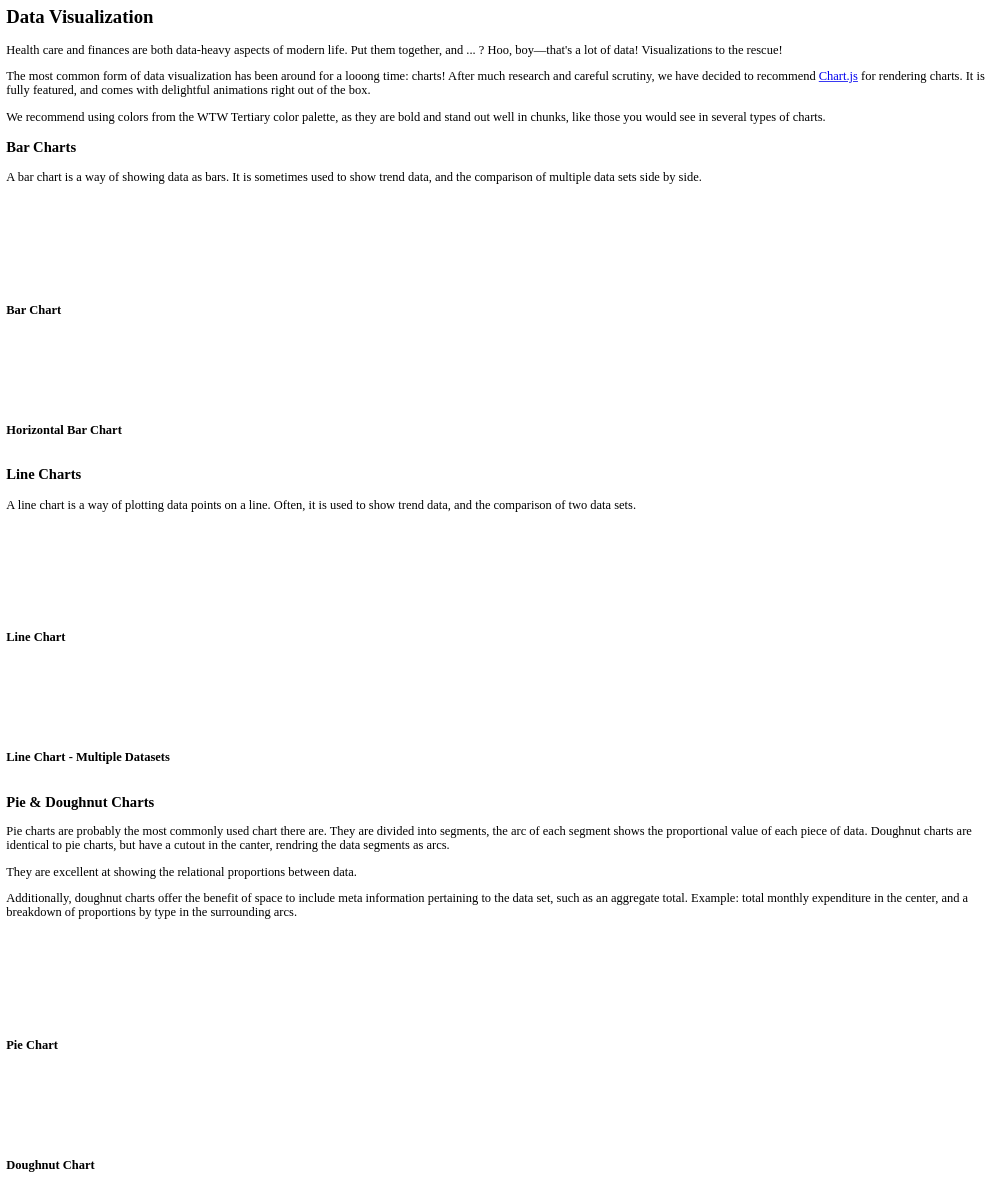
Repository: WTW-IM/bda-ui-toolkit
Page: docs/_includes/media/data-viz.html
The author's editor kept a record of every edit. The page is drawn from the files as they stood at one moment, then again after the next edit.
The browser window is 1280 px wide. The pictures show the whole page, at 78% of full size.

Above is the page before.

### docs/_includes/media/data-viz.html
<div class="bs-docs-section">
  <h2 id="data-viz" class="page-header">Data Visualization</h2>
  <p class="lead">Health care and finances are both data-heavy aspects of modern life. Put them together, and ... ? Hoo, boy&mdash;that's a lot of data! Visualizations to the rescue!</p>
  <p>The most common form of data visualization has been around for a looong time: charts! After much research and careful scrutiny, we have decided to recommend <a href="http://www.chartjs.org/" target="_blank">Chart.js</a> for rendering charts. It is fully featured, and comes with delightful animations right out of the box.</p>
  <p>We recommend using colors from the WTW Tertiary color palette, as they are bold and stand out well in chunks, like those you would see in several types of charts.</p>

  <h3>Bar Charts</h3>
  <p>A bar chart is a way of showing data as bars. It is sometimes used to show trend data, and the comparison of multiple data sets side by side.</p>

  <div class="bs-examples" data-example-id="data-viz-ex-bar">
    <div class="ex-column">
      <strong>Bar Chart</strong>
      <canvas id="chart-ex-bar"></canvas>
    </div>
    <div class="ex-column">
      <strong>Horizontal Bar Chart</strong>
      <canvas id="chart-ex-bar-horiz"></canvas>
    </div>
    <br clear="both">
  </div>

  <h3>Line Charts</h3>
  <p>A line chart is a way of plotting data points on a line. Often, it is used to show trend data, and the comparison of two data sets.</p>

  <div class="bs-examples" data-example-id="data-viz-ex-line">
    <div class="ex-column">
      <strong>Line Chart</strong>
      <canvas id="chart-ex-line"></canvas>
    </div>
    <div class="ex-column">
      <strong>Line Chart - Multiple Datasets</strong>
      <canvas id="chart-ex-line-multi"></canvas>
    </div>
    <br clear="both">
  </div>

  <h3>Pie &amp; Doughnut Charts</h3>
  <p>Pie charts are probably the most commonly used chart there are. They are divided into segments, the arc of each segment shows the proportional value of each piece of data. Doughnut charts are identical to pie charts, but have a cutout in the canter, rendring the data segments as arcs.</p>
  <p>They are excellent at showing the relational proportions between data.</p>
  <p>Additionally, doughnut charts offer the benefit of space to include meta information pertaining to the data set, such as an aggregate total. Example: total monthly expenditure in the center, and a breakdown of proportions by type in the surrounding arcs.</p>

  <div class="bs-examples" data-example-id="data-viz-ex-pie">
    <div class="ex-column">
      <strong>Pie Chart</strong>
      <canvas id="chart-ex-pie"></canvas>
    </div>
    <div class="ex-column">
      <strong>Doughnut Chart</strong>
      <canvas id="chart-ex-donut"></canvas>
    </div>
    <br clear="both">
  </div>

  <!--<h3>Radar Charts</h3>-->
  <!--<p>A radar chart is a way of showing multiple data points and the variation between them. They are often useful for comparing the points of two or more different data sets.</p>-->

  <!--<div class="bs-example" data-example-id="data-viz-ex-radar">-->
  <!--  <canvas id="chart-ex-radar" width="400" height="400"></canvas>-->
  <!--</div>-->

  <!--<h3>Polar Area Charts</h3>-->
  <!--<p>Polar area charts are similar to pie charts, but each segment has the same angle - the radius of the segment differs depending on the value.</p>-->
  <!--<p>This type of chart is often useful when we want to show a comparison data similar to a pie chart, but also show a scale of values for context.</p>-->

  <!--<div class="bs-example" data-example-id="data-viz-ex-polar">-->
  <!--  <canvas id="chart-ex-polar" width="400" height="400"></canvas>-->
  <!--</div>-->
</div>

After the next edit:
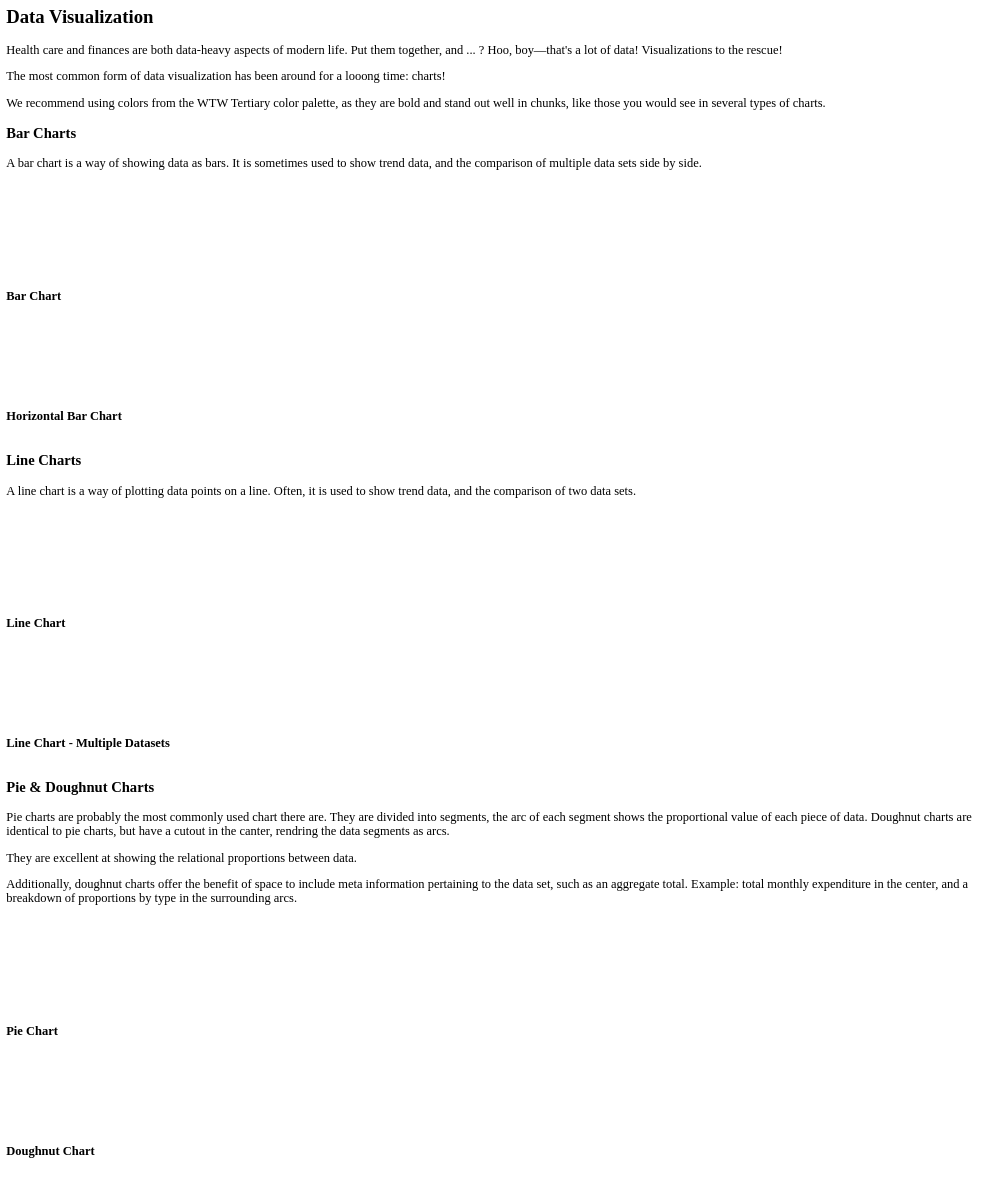
The edit:
--- a/docs/_includes/media/data-viz.html
+++ b/docs/_includes/media/data-viz.html
@@ -1,7 +1,7 @@
 <div class="bs-docs-section">
   <h2 id="data-viz" class="page-header">Data Visualization</h2>
   <p class="lead">Health care and finances are both data-heavy aspects of modern life. Put them together, and ... ? Hoo, boy&mdash;that's a lot of data! Visualizations to the rescue!</p>
-  <p>The most common form of data visualization has been around for a looong time: charts! After much research and careful scrutiny, we have decided to recommend <a href="http://www.chartjs.org/" target="_blank">Chart.js</a> for rendering charts. It is fully featured, and comes with delightful animations right out of the box.</p>
+  <p>The most common form of data visualization has been around for a looong time: charts!</p>
   <p>We recommend using colors from the WTW Tertiary color palette, as they are bold and stand out well in chunks, like those you would see in several types of charts.</p>
 
   <h3>Bar Charts</h3>
